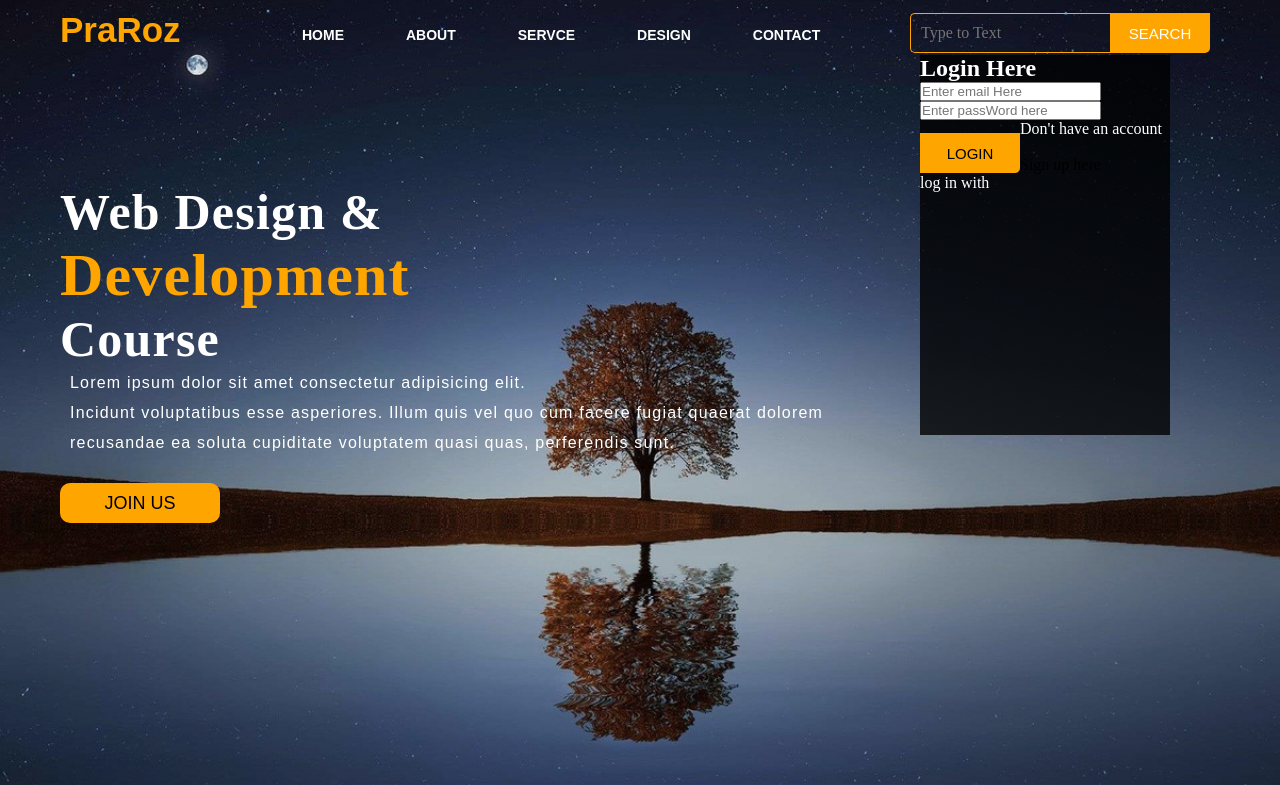
Repository: HuynhDuc23/project3
Page: index.html
These files come from the project's save history. The page is drawn as it stood at one moment and after the next save; the edit follows.
The browser window is 1280 px wide. The pictures show the whole page.

Above is the page before, as saved 2023-05-04 15:43:14.

### index.html
<html lang="en">
<head>
    <meta charset="UTF-8">
    <meta http-equiv="X-UA-Compatible" content="IE=edge">
    <meta name="viewport" content="width=device-width, initial-scale=1.0">
    <link rel="stylesheet" href="https://cdnjs.cloudflare.com/ajax/libs/font-awesome/6.4.0/css/all.min.css" integrity="sha512-iecdLmaskl7CVkqkXNQ/ZH/XLlvWZOJyj7Yy7tcenmpD1ypASozpmT/E0iPtmFIB46ZmdtAc9eNBvH0H/ZpiBw==" crossorigin="anonymous" referrerpolicy="no-referrer" />
    <link rel="stylesheet" href="style.css">
    <title>Document</title>
</head>
<body>
    <div class="main">
        <div class="navbar">
            <div class="icon">
                <h2 class="logo">PraRoz</h2>
            </div>
            <div class="menu">
                <ul>
                    <li><a href="#">HOME</a> </li>
                    <li><a href="#">ABOUT</a></li>
                    <li><a href="#">SERVCE</a></li>
                    <li><a href="#">DESIGN</a></li>
                    <li><a href="#">CONTACT</a></li>
                </ul>
            </div>
            <div class="search">
                <input type="search" class="srch" placeholder="Type to Text">
                <a href="#"><button class="btn">Search</button></a>
            </div>
        </div>
        <div class="content">
            <h1>Web Design & <br> <span>Development</span><br>Course</h1>
            <p class="para">Lorem ipsum dolor sit amet consectetur adipisicing elit. <br> Incidunt voluptatibus esse asperiores. Illum quis vel quo cum facere fugiat quaerat dolorem <br> recusandae ea soluta cupiditate voluptatem quasi quas, perferendis sunt.</p>


            <button class="cn" ><a  href="#">JOIN US</a></button>
            <div class="form">
                <h2>Login Here</h2>
                <input type="email" name="email" placeholder="Enter email Here">
                <input type="password" name="password" placeholder="Enter passWord here">
                <button class="btn"><a href="#">Login</a></button>

                <p class="link">Don't have an account </p> <br>
                <a href="#">Sign up here</a>
                <p class="liw">log in with</p>
            </div>
        </div>
    </div>
</body>
</html>

### style.css
* {
    margin: 0;
    padding: 0;
}
.main {
    width: 100%;
    background-image: linear-gradient(to right bottom , rgba(176, 55, 55, 0),rgba(0, 0, 0, 0.286)),url("img/Project3.png");
    background-position: center;
    background-size: cover;
    background-repeat: no-repeat;
    height: 109vh;
}
.navbar
{
    width: 1200px;
    height: 75px;
    margin: auto;
    /* overflow: hidden; */
}
.icon {
    width: 200px;
    float: left;
    height: 70px;

}
.logo {
    color: orange;
    font-size: 35px;
    font-family: Arial, Helvetica, sans-serif;
    padding-left: 20px;
    float: left;
    padding-top: 10px;
}
.menu {
    width: 400px;
    height: 70px;
    float: left;
}
ul {
    float: left;
    display: flex;
    justify-content: center;
    align-items: center;
}
ul li {
    list-style: none;
     margin-left: 62px;
     margin-top: 27px;
     font-size: 14px;
}
ul li a {
    text-decoration: none;
    color: white;
    text-transform: uppercase;
    font-family: Arial, Helvetica, sans-serif;
    transition: 0.5s ease-in-out;
    font-weight: bold;

}
ul li a:hover {
    color: orange;
}
.search {
    width: 330px;
    margin-left: 270px;
    float: left;
}
.srch {
    font-family: 'Times New Roman', Times, serif;
    width: 200px;
    height: 40px;
    background: transparent;
    border: 1px solid orange;
    margin-top: 13px;
    color: white;
    border-right: none;
    font-size: 16px;
    padding: 10px;
    float: left;
    border-bottom-left-radius: 5px;
    border-top-left-radius: 5px;
}
.btn {
    width: 100px;
    height: 40px;
    margin-top: 13px;
    color: white;
    background-color: orange;
    text-transform: uppercase;
    border: 2px solid orange;
    /* border-radius: 5px; */
    border-bottom-right-radius: 5px;

    font-size: 15px;
    float: left;
    cursor: pointer;

}
.btn:focus {
    outline: none;
}
.srch:focus {
    outline: none;
}
.content {
    width: 1200px;
    height: auto;
    margin: auto;
    color: white;
    position: relative;
}
.content .para {
    padding-left: 30px;
    padding-bottom: 25px;
    font-family: Arial, Helvetica, sans-serif;
    letter-spacing: 1.2px;
    line-height: 30px;
}
.content h1 {
    font-size: 50px;
    font-family: 'Times New Roman', Times, serif;
    padding-left: 20px;
    padding-top: 9%;
    letter-spacing: 1.2px;

}
.content .cn {

    width: 160px;
    height: 40px;
    background-color: orange;
    border: none;
    margin-bottom: 10px;
    margin-left: 20px;
    font-size: 18px;
    border-radius: 10px;
    transition: 0.5s ease;
    cursor: pointer;

}
.content a {
    text-decoration: none;
    color: black;
    transition: 0.4s ease;
}
.cn:hover {
    background-color: white;
}
.content span {
    color: orange;
    font-size: 60px;
    font-weight: bold;
}
.form {
    width: 250px;
    height: 380px;
    background: linear-gradient(to top , rgba(0,0,0,0.8)50% ,rgba(0,0,0,0.8)50% );
    position: absolute;
    top: -20px ;
    left: 880px;

}

After the next save:
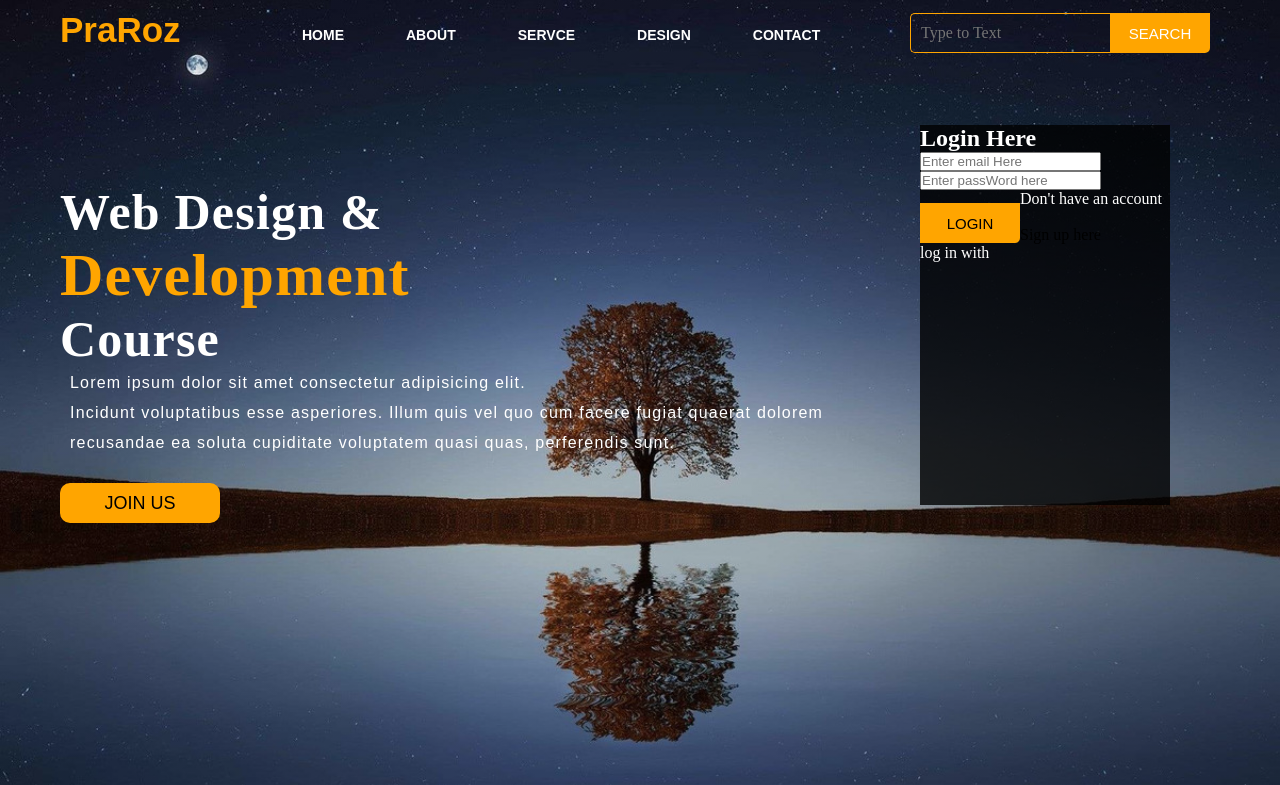
Saved 11 s later.
--- a/style.css
+++ b/style.css
@@ -156,7 +156,7 @@ ul li a:hover {
     height: 380px;
     background: linear-gradient(to top , rgba(0,0,0,0.8)50% ,rgba(0,0,0,0.8)50% );
     position: absolute;
-    top: -20px ;
+    top: 50px ;
     left: 880px;
 
 }
